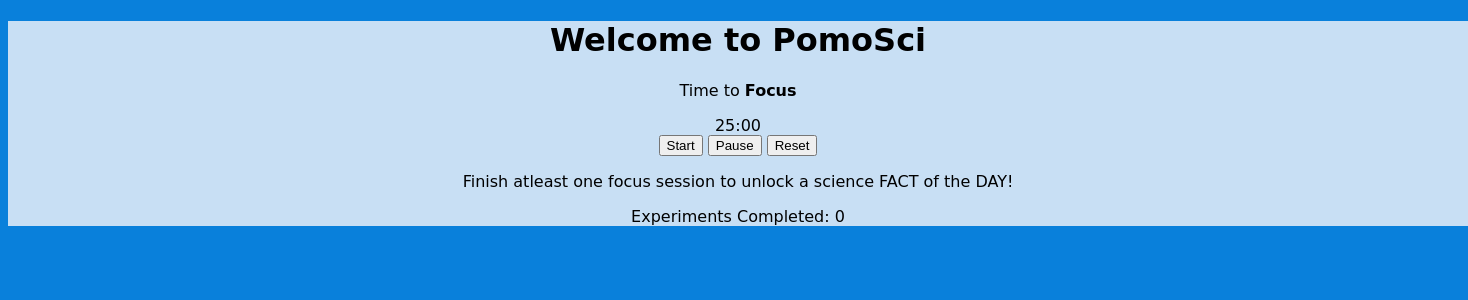
Repository: manayparikh1/Pomosci
Page: index.html
An editor plug-in stored every save of this project. The page is shown before and after the next save, followed by the edit.
The browser window is 1280 px wide. The page is 1468 px wide, then 1438 px, so the pictures cover 1468 px, including what lies to the right of the window. The pictures show the whole page.

Above is the page before, as saved 2026-11-13 13:13:49.

After the next save:
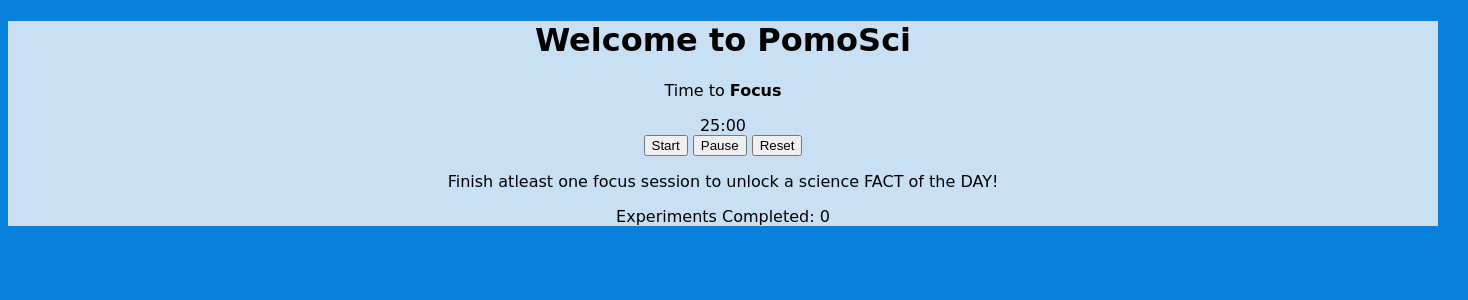
Saved 12 s later.
--- a/index.html
+++ b/index.html
@@ -41,5 +41,5 @@
 
                 .lab_sci {
                     background-color: rgb(200, 223, 244);
-                    width: 1460px;
+                    width: 1430px;
                 }
